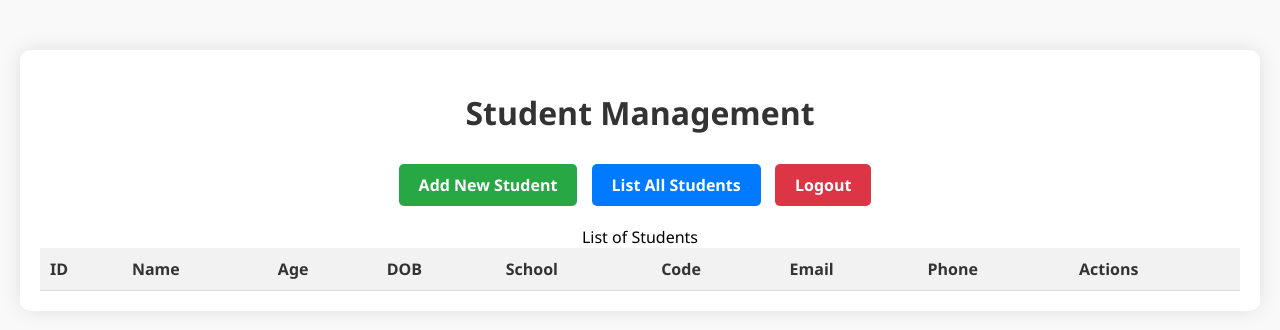
Repository: ineza2/workspace3
Page: http://localhost/studentRegistration/WEB-INF/index.jsp
The author's editor kept a copy of each file at every save. The page is drawn from the files as they stood at one save, then again after the next save.
The browser window is 1280 px wide. The pictures show the whole page.
The page is served by Tomcat 10. Nobody is signed in. The template is opened directly, without the code that normally fills it, so the values that code supplies are empty.

Above is the page before, as saved 2024-02-23 07:00:22.

After the next save:
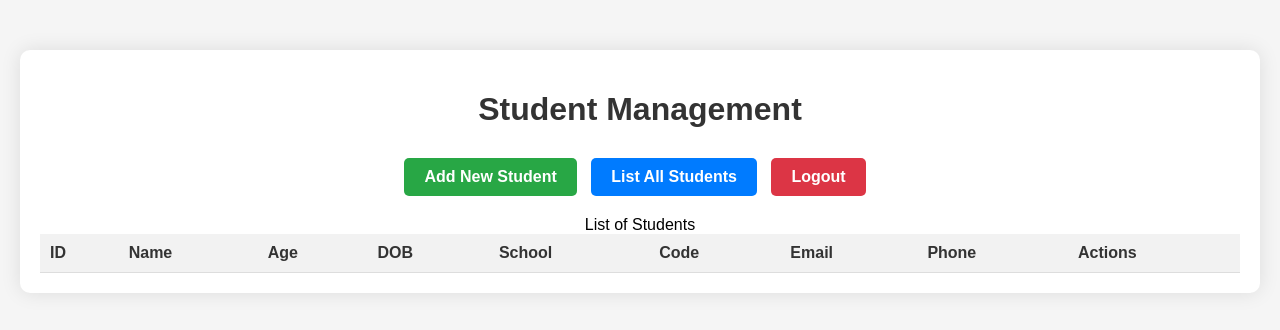
Saved 18 s later.
--- a/studentRegistration/src/main/webapp/WEB-INF/index.jsp
+++ b/studentRegistration/src/main/webapp/WEB-INF/index.jsp
@@ -6,11 +6,9 @@
 <title>Dashboard</title>
 <style>
     body {
-            background-color: #f9f9f9;
-            font-family: 'Segoe UI', Tahoma, Geneva, Verdana, sans-serif;
-            margin: 0;
-            padding: 0;
-        }
+        background-color: #f5f5f5;
+        font-family: Arial, sans-serif;
+    }
 
     .container {
         max-width: 1200px;
